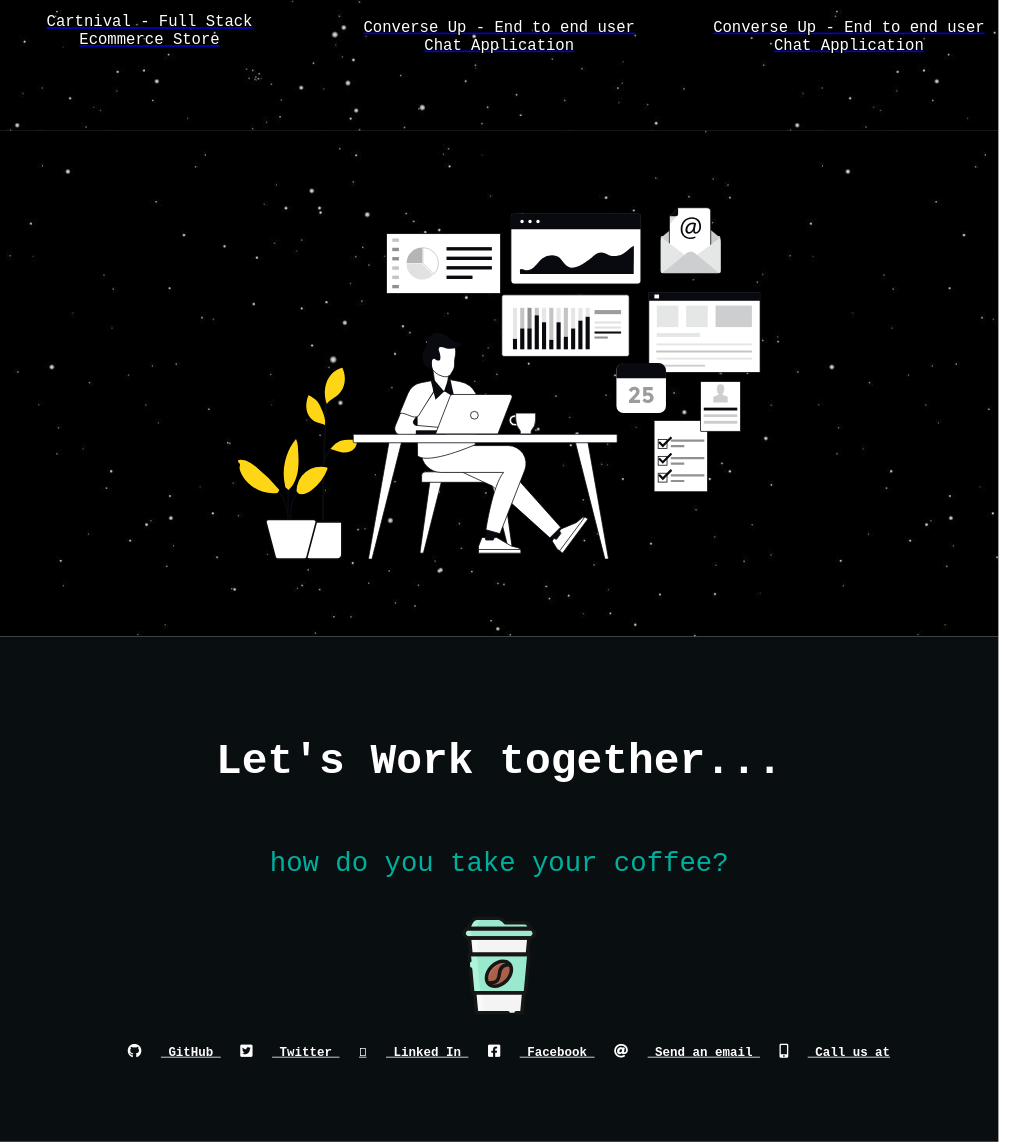
Repository: punitbathija/portfolio
Page: index.html
These files come from the project's save history. The page is drawn as it stood at one moment and after the next save; the edit follows.
The browser window is 1280 px wide. The page is 1297 px wide, so the pictures cover 1297 px, including what lies to the right of the window. The pictures show the part of the page from y = 1387 to 2879 px (the page is 2853 px tall before and 2879 px after), at 78% of full size.
Some web libraries are served in a nearby version.

Above is the page before, as saved 2023-05-09 17:42:49.

After the next save:
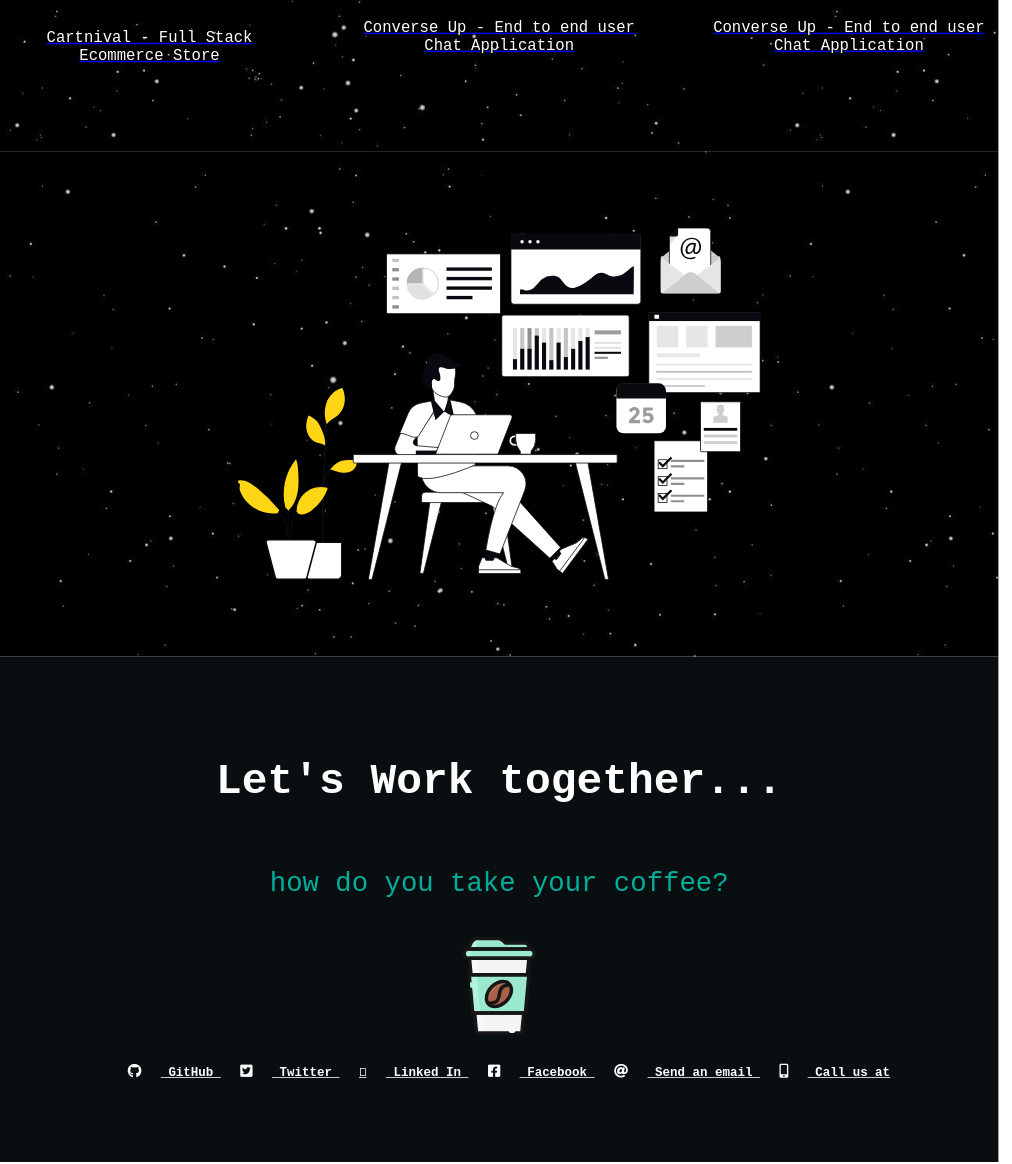
Saved 18 s later.
--- a/index.html
+++ b/index.html
@@ -42,8 +42,8 @@
             <figure>
             <a href="https://cartnival.netlify.app/" target="_blank" class="project-tile">
                 <img class="project-image" src="./assets/cartnival.png" alt="project">
-             <figcaption class="project-title">
-                Cartnival - Full Stack Ecommerce Store</figcaption>
+             <p class="project-title">
+                Cartnival - Full Stack Ecommerce Store</p>
             </a>
         </figure>
             <a href="https://converseup.netlify.app/" target="_blank" class="project-tile">
